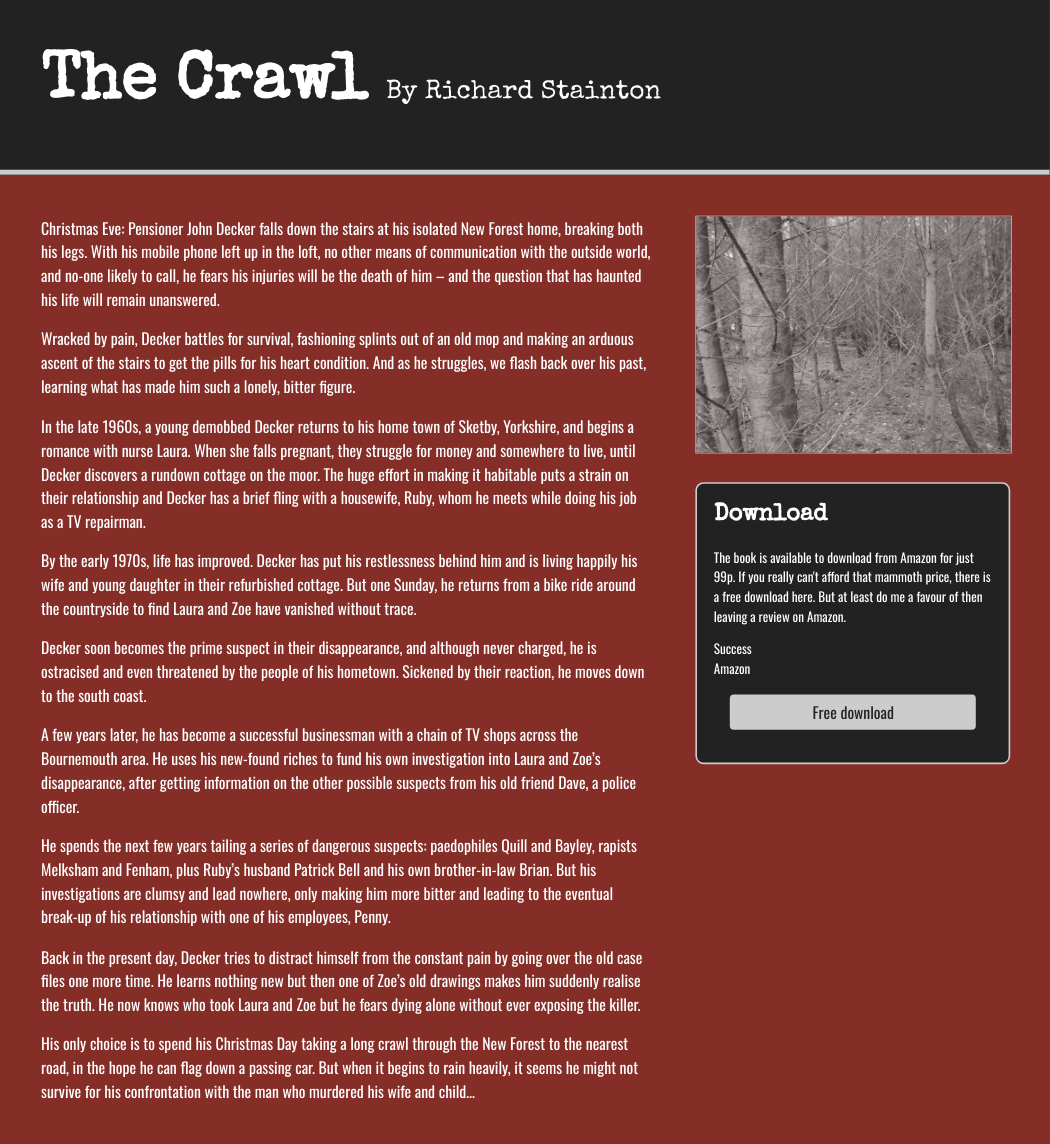
Repository: Domehead123/crawl
Page: index.html
The author's editor kept a record of every edit. The page is drawn from the files as they stood at one moment, then again after the next edit.
The browser window is 1280 px wide. The pictures show the whole page, at 82% of full size.

Above is the page before.

### index.html
<!DOCTYPE html>
<html lang="en">
<head>
    <meta charset="UTF-8">
    <meta name="viewport" content="width=device-width, initial-scale=1.0">
    <meta http-equiv="X-UA-Compatible" content="ie=edge">
    <link href="https://fonts.googleapis.com/css?family=Oswald|Special+Elite&display=swap" rel="stylesheet">
    <link rel="stylesheet" href="assets/css/style.css" type="text/css" />
    <title>The Crawl</title>
</head>
<body>
    <header>
        <div class="title"><h1>The Crawl</h1></div>
        <div class="author">By Richard Stainton</div>
    </header>
    <main>
        <p>Christmas Eve: Pensioner John Decker falls down the stairs at his isolated New Forest home, breaking both his legs. With his mobile phone left up in the loft, no other means of communication with the outside world, and no-one likely to call, he fears his injuries will be the death of him – and the question that has haunted his life will remain unanswered.</p>
<p>Wracked by pain, Decker battles for survival, fashioning splints out of an old mop and making an arduous ascent of the stairs to get the pills for his heart condition. And as he struggles, we flash back over his past, learning what has made him such a lonely, bitter figure.</p>
<p>In the late 1960s, a young demobbed Decker returns to his home town of Sketby, Yorkshire, and begins a romance with nurse Laura. When she falls pregnant, they struggle for money and somewhere to live, until Decker discovers a rundown cottage on the moor. The huge effort in making it habitable puts a strain on their relationship and Decker has a brief fling with a housewife, Ruby, whom he meets while doing his job as a TV repairman.</p>
<p>By the early 1970s, life has improved. Decker has put his restlessness behind him and is living happily his wife and young daughter in their refurbished cottage. But one Sunday, he returns from a bike ride around the countryside to find Laura and Zoe have vanished without trace.</p>
<p>Decker soon becomes the prime suspect in their disappearance, and although never charged, he is ostracised and even threatened by the people of his hometown. Sickened by their reaction, he moves down to the south coast.</p>
<p>A few years later, he has become a successful businessman with a chain of TV shops across the Bournemouth area. He uses his new-found riches to fund his own investigation into Laura and Zoe’s disappearance, after getting information on the other possible suspects from his old friend Dave, a police officer.</p>
<p>He spends the next few years tailing a series of dangerous suspects: paedophiles Quill and Bayley, rapists Melksham and Fenham, plus Ruby’s husband Patrick Bell and his own brother-in-law Brian. But his investigations are clumsy and lead nowhere, only making him more bitter and leading to the eventual break-up of his relationship with one of his employees, Penny.</p>
<p>Back in the present day, Decker tries to distract himself from the constant pain by going over the old case files one more time. He learns nothing new but then one of Zoe’s old drawings makes him suddenly realise the truth. He now knows who took Laura and Zoe but he fears dying alone without ever exposing the killer.</p>
<p>His only choice is to spend his Christmas Day taking a long crawl through the New Forest to the nearest road, in the hope he can flag down a passing car. But when it begins to rain heavily, it seems he might not survive for his confrontation with the man who murdered his wife and child…</p>

    </main>
    <side>
        <img src="assets/images/trees-mono.jpg">
        <div class="downloads">
            <h2>Download</h2>
        <p>The book is available to download from Amazon for just 99p. If you really can't afford that mammoth price, there is a free download here. But at least do me a favour of then leaving a review on Amazon.</p>
        <div class="btn btn-success">Success</button>
        <div class=".btn-success" href="https://www.amazon.co.uk/Crawl-Richard-Stainton-ebook/dp/B0841PFPQ1/ref=sr_1_1?keywords=the+crawl+richard+stainton&qid=1584789270&sr=8-1">Amazon</div>
        <div class="button">Free download</div>
        </div>
    </side>
</body>
</html>

### assets/css/style.css
body {
 background: #852e28;
  font-family: 'Oswald', sans-serif;
  color: #fff;
  margin: 0;
}

header {
    background: #222;
    border-bottom: 6px solid #ccc;
    box-sizing: border-box;
    padding: 10px 0 10px 50px;
}

h1 {
    font-family: 'Special Elite', cursive;
    font-size: 5em;
}

h2 {
    font-family: 'Special Elite', cursive;
    font-size: 1.8em;
}

.title {
  color: #fff;
  display: inline-block;
  width: auto;
  margin: 0 20px 0 0;
}

.author {
    color: #fff;
  font-family: 'Special Elite', cursive;
  font-size: 2em;
  display: inline-block;
  width: 40%;
}

main {
    font-size: 1.2em;
    padding: 50px;
    width: 66%;
    display: inline-block;
    vertical-align: top;
    box-sizing: border-box;
}

main p:first-of-type {
    margin-top: 0;
}

main p:last-of-type {
    margin-bottom: 0;
}

side {
    width: 30%;
    display: inline-block;
    vertical-align: top;
    padding: 50px 0 0 0;
    box-sizing: border-box;
}

side img {
    width: 100%;
    border: 1px solid #ccc;
    opacity: 0.9;
}

.downloads {
    background: #222;
    border: 2px solid #ccc;
    border-radius: 10px;
    padding: 0 20px 20px 20px;
    margin-top: 30px;
    box-sizing: border-box;
}

.button {
    background: #ccc;
    color: #222;
    border-radius: 5px;
    width: 300px;
    padding: 7px;
    font-size: 1.2em;
    box-sizing: border-box;
    text-align: center;
    margin: 20px auto;
    transition: 0.4s all;
    max-width: 100%;
    cursor: pointer;
}

.button:hover {
    background: #eee;
}

.button a {
    display: inline-block;
    width: 100%;
    height: 100%;
    text-decoration: none;
    transition: 0.4s all;
    color: #222;
}

.button:hover a {
     text-decoration: underline;
}

footer {
    text-align: center;
    padding: 10px;
}

@media only screen and (max-width: 768px) {

  h1 {
      margin-bottom: 20px;
      }


 .title {
      width: 100%;
      margin: 0;
      }

  .author {
      width: 100%;
      margin: 0 0 30px 0;
  }

  main {
    width: 100%;
    margin: 0;
  }

   side {
    width: 100%;
    padding: 0;
    margin: 0;
  }

  side img {
      display: none;
  }

  .downloads {
      margin: 0 50px 50px 50px;
  }

}

After the next edit:
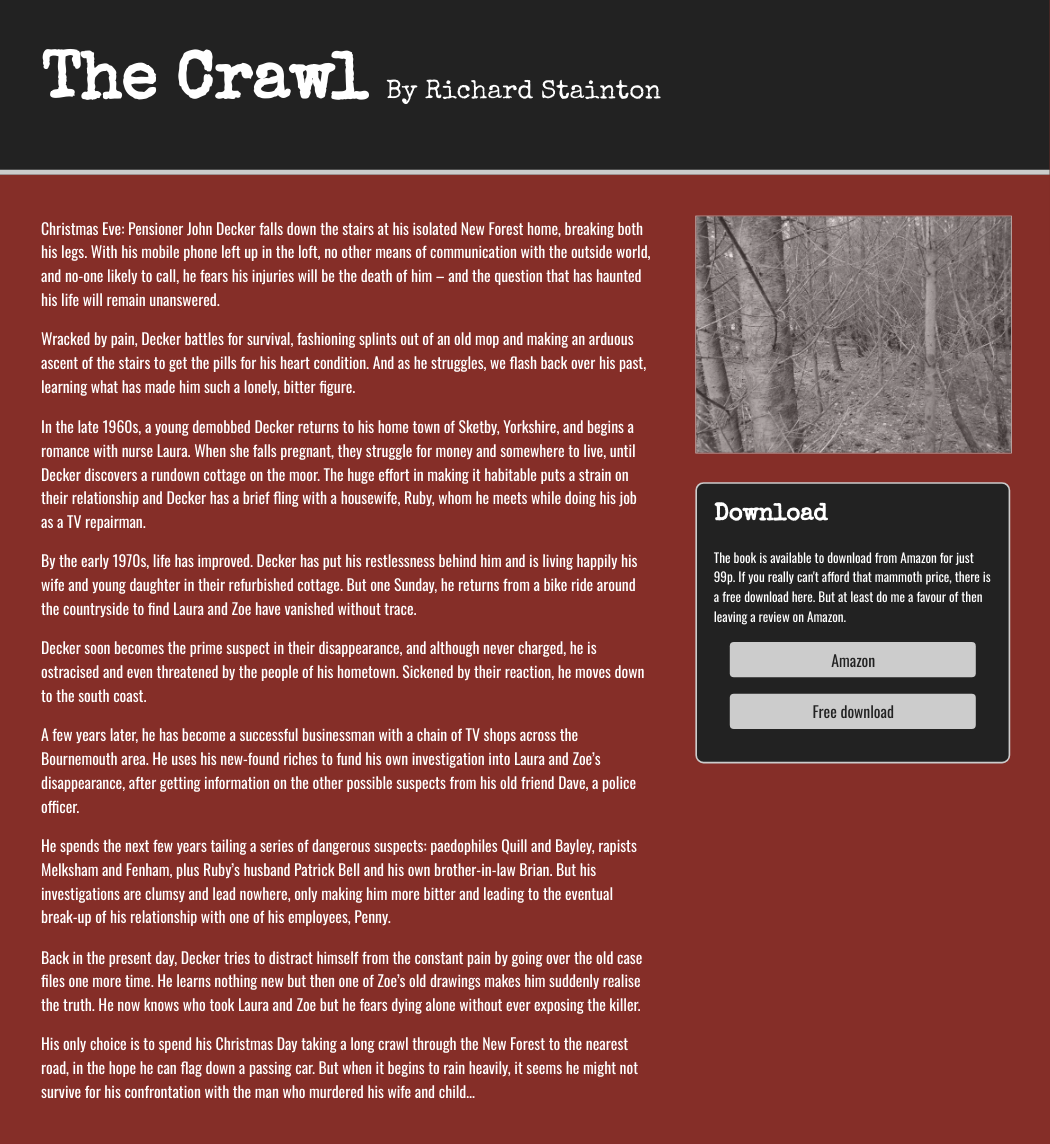
The edit:
--- a/index.html
+++ b/index.html
@@ -30,8 +30,8 @@
         <div class="downloads">
             <h2>Download</h2>
         <p>The book is available to download from Amazon for just 99p. If you really can't afford that mammoth price, there is a free download here. But at least do me a favour of then leaving a review on Amazon.</p>
-        <div class="btn btn-success">Success</button>
-        <div class=".btn-success" href="https://www.amazon.co.uk/Crawl-Richard-Stainton-ebook/dp/B0841PFPQ1/ref=sr_1_1?keywords=the+crawl+richard+stainton&qid=1584789270&sr=8-1">Amazon</div>
+
+        <div class="button" href="https://www.amazon.co.uk/Crawl-Richard-Stainton-ebook/dp/B0841PFPQ1/ref=sr_1_1?keywords=the+crawl+richard+stainton&qid=1584789270&sr=8-1">Amazon</div>
         <div class="button">Free download</div>
         </div>
     </side>
